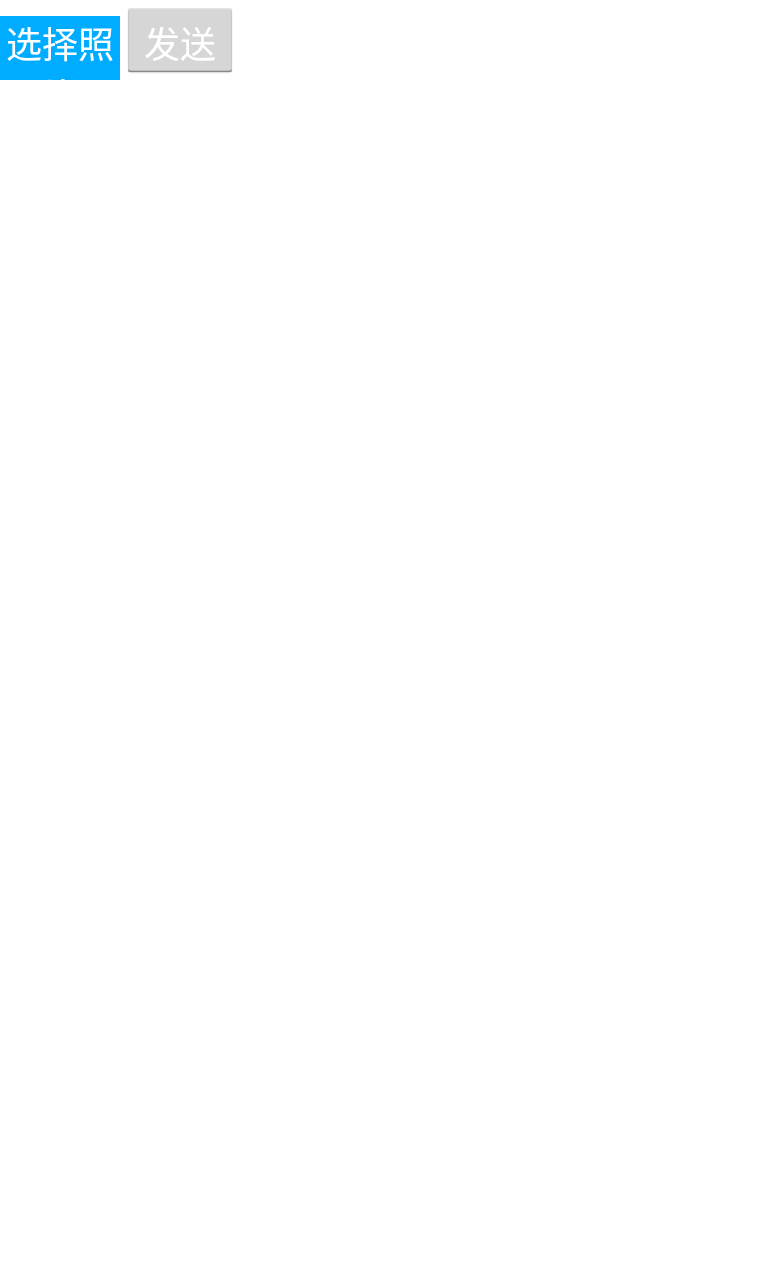
Repository: fanloveoupao/WecharTest
Layout: TestWechar/res/layout/choose_photo.xml
These files come from the project's save history. The layout is drawn as it stood at one moment and after the next save; the edit follows.
It is drawn on a 768 x 1280 px phone screen (xhdpi) without system bars, with theme AppTheme; the app's code is not run.

Above is the layout before, as saved 2015-10-09 07:42:39.

After the next save:
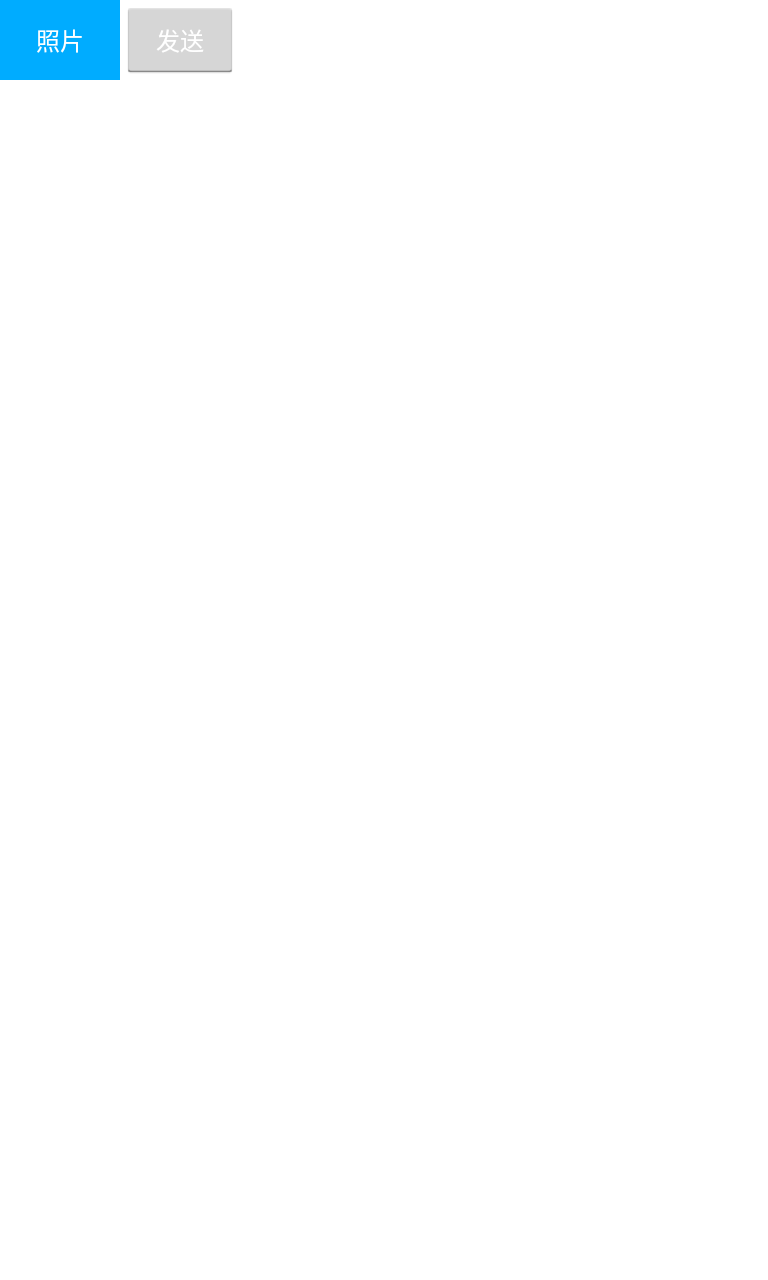
Saved 51 s later.
--- a/TestWechar/res/layout/choose_photo.xml
+++ b/TestWechar/res/layout/choose_photo.xml
@@ -14,15 +14,17 @@
             android:layout_width="60dp"
             android:layout_height="40dp"
             android:background="@drawable/button_login_bg"
-            android:text="选择照片"
-            android:textColor="@color/white" />
+            android:text="照片"
+            android:textColor="@color/white"
+            android:textSize="12dp" />
 
         <Button
             android:id="@+id/btn_send"
             android:layout_width="60dp"
             android:layout_height="40dp"
             android:text="发送"
-            android:textColor="@color/white" />
+            android:textColor="@color/white"
+            android:textSize="12dp" />
     </LinearLayout>
 
     <ImageView
